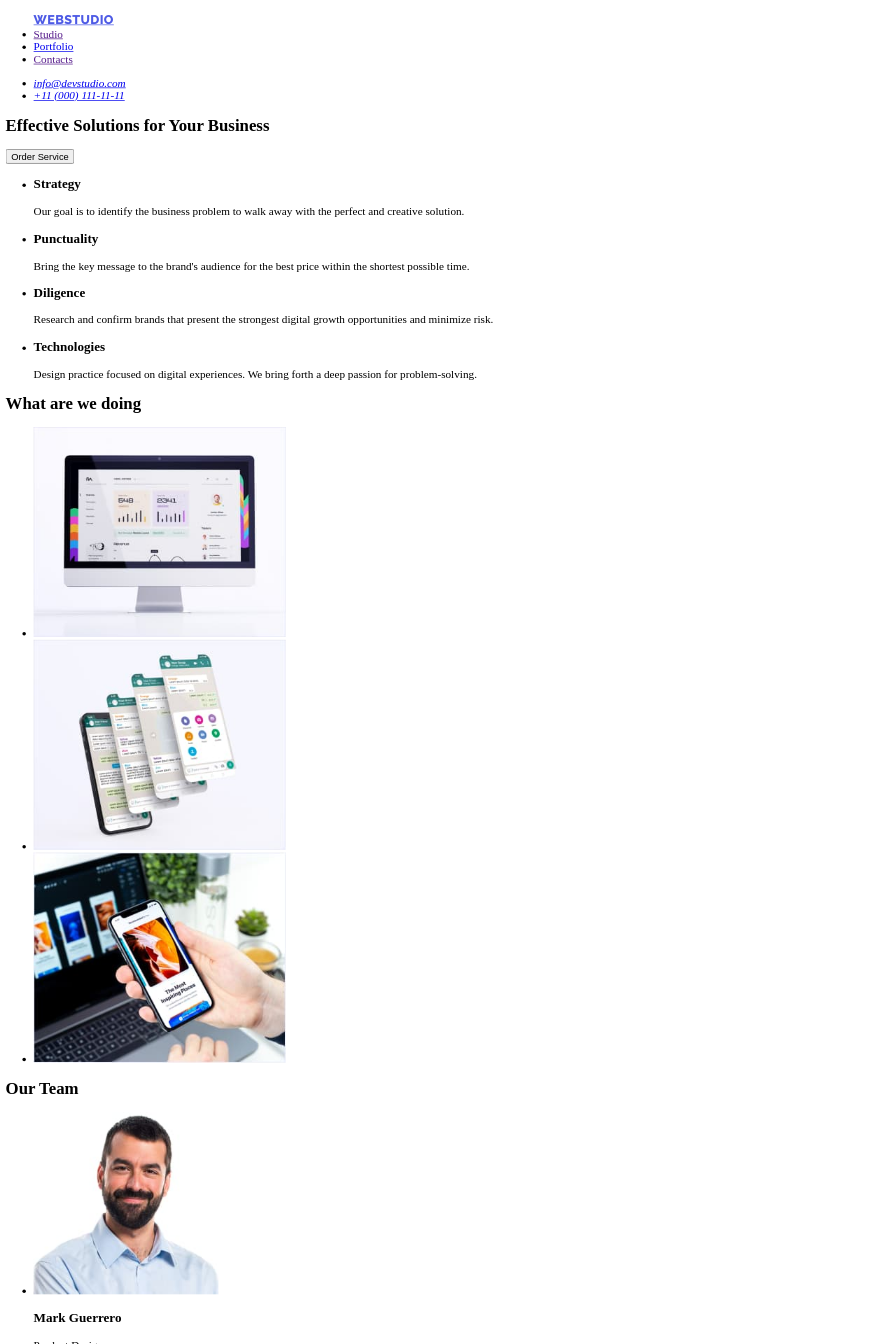
Repository: GrishchenkoNataliya/goit-markup-hw-02
Page: index.html
The author's editor kept a copy of each file at every save. The page is drawn from the files as they stood at one save, then again after the next save.
The browser window is 1280 px wide. The pictures show the part of the page from y = 0 to 1920 px (the page is 3087 px tall before and 3105 px after), at 70% of full size.

Above is the page before, as saved 2023-03-03 23:46:19.

### index.html
<!DOCTYPE html>
<html lang="en">
  <head>
    <meta charset="UTF-8" />
    <meta http-equiv="X-UA-Compatible" content="IE=edge" />
    <meta name="viewport" content="width=device-width, initial-scale=1.0" />

    <link rel="preconnect" href="https://fonts.googleapis.com" />
    <link rel="preconnect" href="https://fonts.gstatic.com" crossorigin />
    <link
      href="https://fonts.googleapis.com/css2?family=Raleway:wght@800&family=Roboto+Mono:wght@600&family=Roboto:wght@400;500;700&display=swap"
      rel="stylesheet"
    />
    <link rel="stylesheet" href="./css/styles.css" />
    <title>homework_2</title>
  </head>
  <body class="body">
    <header class="header">
      <nav class="header-nav">
        <ul class="header-list">
          <a class="header-logo" href="./index.html">WebStudio</a>
          <li class="header-item">
            <a
              class="header-list"
              href=""
              target="_blank"
              rel="noopener noreferrer nofollow"
              >Studio</a
            >
          </li>
          <li class="header-item">
            <a
              class="header-list"
              href="./portfolio/portfolio.html"
              target="_blank"
              rel="noopener noreferrer nofollow"
              >Portfolio</a
            >
          </li>
          <li class="header-item">
            <a
              class="header-list"
              href=""
              target="_blank"
              rel="noopener noreferrer nofollow"
              >Contacts</a
            >
          </li>
        </ul>
      </nav>
      <address class="address">
        <ul class="address-list">
          <li class="address-mail">
            <a href="mailto:info@devstudio.com">info@devstudio.com</a>
          </li>
          <li class="address-tel">
            <a href="tel:+110001111111">+11 (000) 111-11-11</a>
          </li>
        </ul>
      </address>
    </header>
    <main>
      <section class="hero">
        <h1>Effective Solutions for Your Business</h1>
        <button class="hero-btn" type="button">Order Service</button>
        <!-- Dark-bg -->
      </section>
      <section class="feature1">
        <h2 hidden>Большой заголовок</h2>
        <ul class="feature1-list">
          <li class="feature1-item">
            <h3 class="feature1-title">Strategy</h3>
            <p class="feature1-text">
              Our goal is to identify the business problem to walk away with the
              perfect and creative solution.
            </p>
          </li>
          <li class="feature1-item">
            <h3 class="feature1-title">Punctuality</h3>
            <p class="feature1-text">
              Bring the key message to the brand's audience for the best price
              within the shortest possible time.
            </p>
          </li>
          <li class="feature1-item">
            <h3 class="feature1-title">Diligence</h3>
            <p class="feature1-text">
              Research and confirm brands that present the strongest digital
              growth opportunities and minimize risk.
            </p>
          </li>
          <li class="feature1-item">
            <h3 class="feature1-title">Technologies</h3>
            <p class="feature1-text">
              Design practice focused on digital experiences. We bring forth a
              deep passion for problem-solving.
            </p>
          </li>
        </ul>
      </section>
      <section class="feature2">
        <h2 class="feature2-title">What are we doing</h2>
        <ul class="feature2-list">
          <li class="feature2-item">
            <img
              src="./images/pages1/Rectangle71-1.jpg"
              alt="Rectangle 71-1"
              width="360"
            />
          </li>
          <li class="feature2-item">
            <img
              src="./images/pages1/Rectangle71-2.jpg"
              alt="Rectangle 71-2"
              width="360"
            />
          </li>
          <li class="feature2-item">
            <img
              src="./images/pages1/Rectangle71-3.jpg"
              alt="Rectangle 71-3"
              width="360"
            />
          </li>
        </ul>
      </section>
      <section>
        <h2>Our Team</h2>
        <ul>
          <li>
            <img
              src="./images/pages1/img1.jpg"
              alt="Mark Guerrero"
              width="264"
            />
            <h3>Mark Guerrero</h3>
            <p>Product Designer</p>
          </li>
          <li>
            <img src="./images/pages1/img2.jpg" alt="Tom Ford" width="264" />
            <h3>Tom Ford</h3>
            <p>Frontend Developer</p>
          </li>
          <li>
            <img
              src="./images/pages1/img3.jpg"
              alt="Camila Garcia"
              width="264"
            />
            <h3>Camila Garcia</h3>
            <p>Marketing</p>
          </li>
          <li>
            <img
              src="./images/pages1/img4.jpg"
              alt="Daniel Wilson"
              width="264"
            />
            <h3>Daniel Wilson</h3>
            <p>UI Designer</p>
          </li>
        </ul>
      </section>
    </main>
    <footer>
      <a href="./index.html">WebStudio</a>

      <p>
        Increase the flow of customers and sales for your business with digital
        marketing & growth solutions.
      </p>
      <!-- Dark-bg -->
    </footer>
  </body>
</html>

### css/styles.css
body {
  font-family: "Roboto Regular", sans-serif;
  font-family: open-;
}
/* @font-face {
  font-family: Roboto-500;
  src: url(../fonts/);
}
Підключення шрифта з папки fonts */

.header {
}
.header-nav {
}
.header-list {
}
.header-logo {
  font-family: "Raleway";
  font-style: normal;
  font-weight: 800;
  font-size: 18px;
  line-height: 1.33;

  display: flex;
  align-items: center;
  letter-spacing: 0.03em;
  text-transform: uppercase;

  color: #4d5ae5;
}
.header-item {
}
.address {
}
.address-list {
}
.address-mail {
}
.address-tel {
}

After the next save:
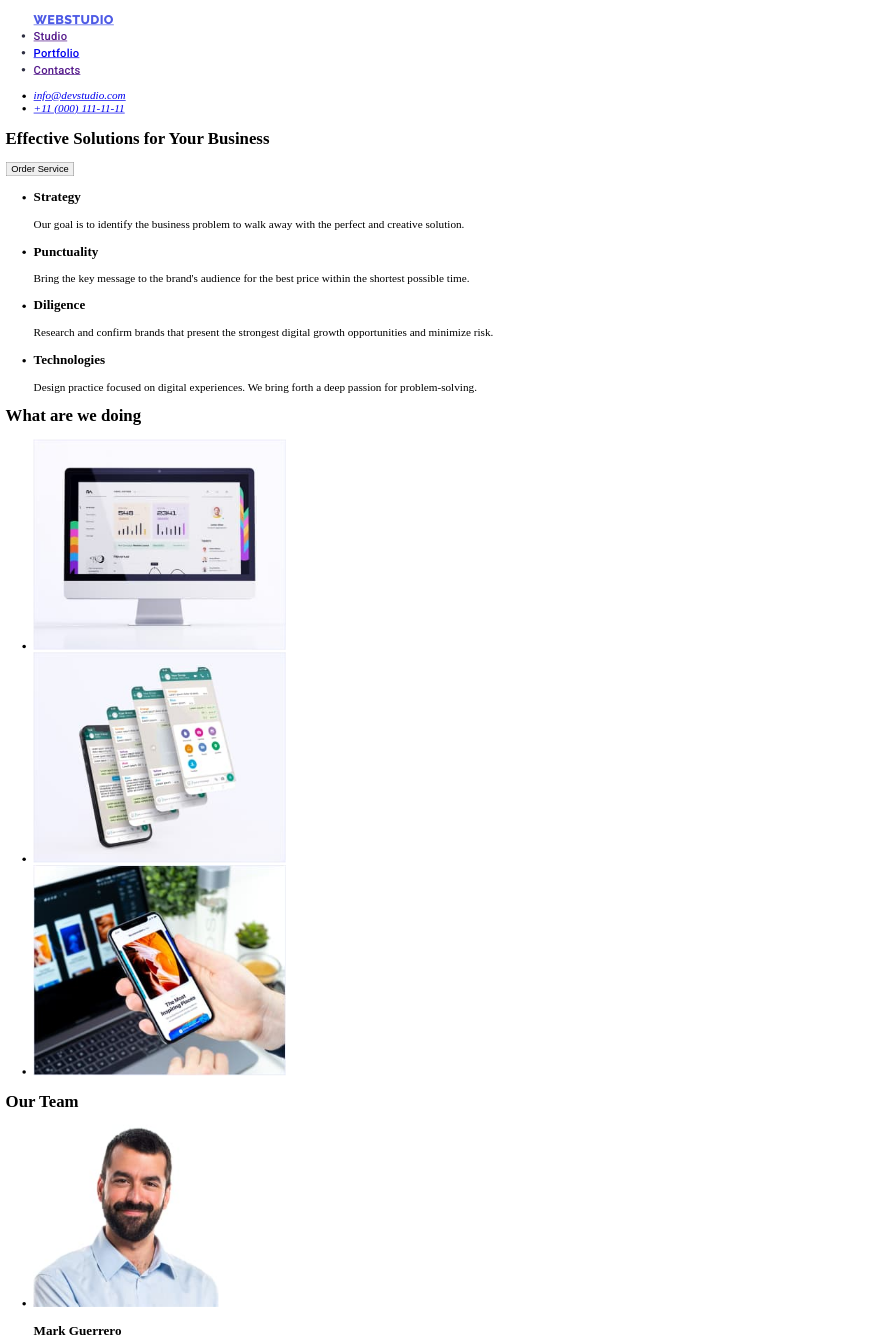
Saved 11 min 16 s later.
--- a/css/styles.css
+++ b/css/styles.css
@@ -29,6 +29,13 @@ body {
   color: #4d5ae5;
 }
 .header-item {
+  font-family: "Roboto";
+  font-style: normal;
+  font-weight: 500;
+  font-size: 16px;
+  line-height: 24px;
+  letter-spacing: 0.02em;
+  color: #2e2f42;
 }
 .address {
 }
